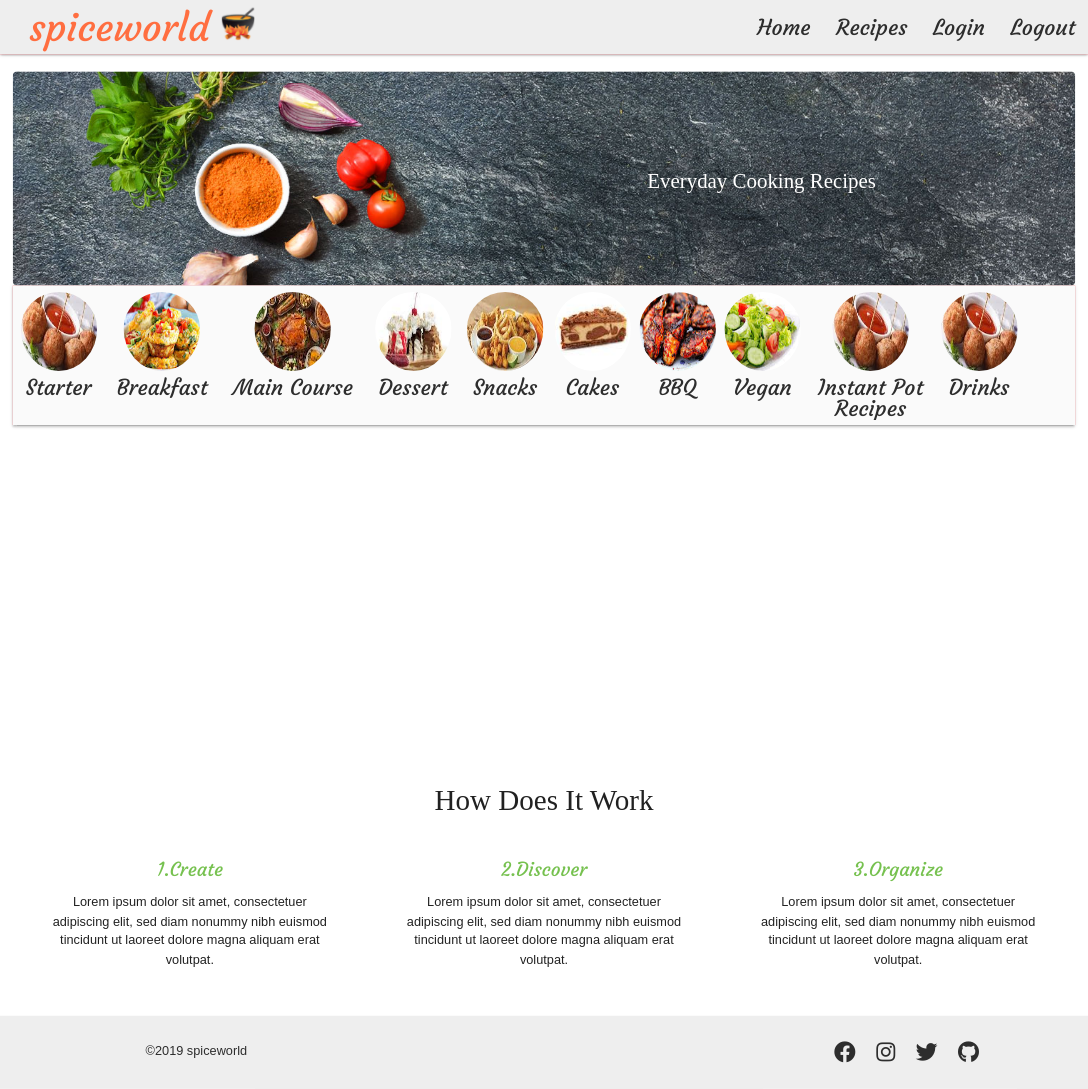
Repository: stephyraju/spiceworld
Page: http://localhost/
The author's editor kept a record of every edit. The page is drawn from the files as they stood at one moment, then again after the next edit.
The browser window is 1280 px wide. The pictures show the whole page, at 85% of full size.
Some web libraries are served in a nearby version. The page is served by the project's application, run on Flask 3 (app.py). Queries for data that is not in the repository find no rows.

Above is the page before.
Console error: TypeError: Cannot read properties of undefined (reading 'clientWidth')

### templates/index.html
{% extends 'base.html'%} {% block content %}
<!-- Title image -->
<section class="title-container section-container">
 <img src="{{ url_for('static', filename='images/titleimg.jpg') }}" alt="title image">
 <div class="intro-content">
  <h5>Everyday Cooking Recipes</h5>
 </div>
</section>

<!-- Subnav-Category -->
<section class="catergory-container section-container">
<nav>
    <div class="nav-wrapper grey lighten-5 subnav-filters">
      <ul class="menu-list center hide-on-med-and-down">
        <li>
        <img class="subnav-img" src="{{ url_for('static', filename='images/starter.jpeg') }}" alt="Starter">
        <a href="{{ url_for('get_starter') }}">Starter</a>
        </li>
        <li>
        <img class="subnav-img" src="{{ url_for('static', filename='images/bf.jpeg') }}" alt="Breakfast">
        <a href="{{ url_for('get_breakfast') }}">Breakfast</a>
        </li>
        <li>
        <img class="subnav-img" src="{{ url_for('static', filename='images/main.jpeg') }}" alt="Main Course">
        <a href="{{ url_for('get_main') }}">Main Course</a>
        </li>
        <li>
        <img class="subnav-img" src="{{ url_for('static', filename='images/dessert.jpeg') }}" alt="Dessert">
        <a href="{{ url_for('get_dessert') }}">Dessert</a>
        </li>
        <li>
        <img class="subnav-img" src="{{ url_for('static', filename='images/snacks.jpeg') }}" alt="Snacks">
        <a href="{{ url_for('get_snacks') }}">Snacks</a>
        </li>
        <li>
        <img class="subnav-img" src="{{ url_for('static', filename='images/cakes.jpeg') }}" alt="Cakes">
        <a href="{{ url_for('get_cakes') }}">Cakes</a>
        </li>
        <li>
        <img class="subnav-img" src="{{ url_for('static', filename='images/bbq.jpeg') }}" alt="BBQ">
        <a href="{{ url_for('get_bbq') }}">BBQ</a>
        </li>
        <li>
        <img class="subnav-img" src="{{ url_for('static', filename='images/vegan.jpeg') }}" alt="VeganRecipes">
        <a href="{{ url_for('get_vegan') }}">Vegan</a>
        </li>
        <li>
        <img class="subnav-img" src="{{ url_for('static', filename='images/starter.jpeg') }}" alt="Instant Pot Recipes">
        <a href="{{ url_for('get_instant') }}">Instant Pot<br> Recipes</a>
        </li>
        <li>
        <img class="subnav-img" src="{{ url_for('static', filename='images/starter.jpeg') }}" alt="Drinks">
        <a href="{{ url_for('get_drinks') }}">Drinks</a>
        </li>
      </ul>
    </div>
  </nav>



<!--

   <nav>
    <div class="nav-wrapper transparent subnav-filters">
      <ul class="center hide-on-med-and-down">
        <li>
        <img class="subnav-img" src="{{ url_for('static', filename='images/starter.jpeg') }}" alt="Starter">
        <a href="{{ url_for('get_starter') }}">Starter</a>
        </li>
        <li><a href="badges.html">Components</a></li>
        <li><a href="collapsible.html">JavaScript</a></li>
      </ul>
    </div>
  </nav>
  -->
</section>
<!-- Carosal-Display -->
<section  class="carosal-display">
        <div class="col s12">
            <div class="carousel">
                {% for recipe in recipes%}
                <div class="carousel-item">
                    <div class="row">
                        <div class="col s12">
                            <a href="{{url_for('view_recipe', recipe_id=recipe._id)}}">
                                {% if recipe.image_url %}
                                <img class="responsive-img"
                                    src="{{recipe.image_url}}">
                                {% else %}
                                <img class="img-carousel" src="{{url_for('static', filename='img/default.jpg')}}">
                                {% endif %}
                            </a>
                        </div>
                    </div>
                    <div class="row recipe-name">
                        <div class="col s12 center-align">
                            <h5 class="teal-text"> {{recipe.recipe_name}} </h5>
                        </div>
                    </div>

                </div>
                {% endfor %}
            </div>
        </div>

    </section>

<!-- Description -->
<section class="section-container div-description">
 <div class="row cells center">
  <div class="col s12">
   <h4> How Does It Work </h3>
  </div>
  <div class="col s12 m4 content">
   <h5>1.Create</h5>
   <p>Lorem ipsum dolor sit amet, consectetuer adipiscing elit, sed diam nonummy nibh euismod tincidunt ut laoreet dolore magna aliquam erat volutpat. </p>
  </div>
  <div class="col s12 m4 content">
   <h5>2.Discover</h5>
   <p>Lorem ipsum dolor sit amet, consectetuer adipiscing elit, sed diam nonummy nibh euismod tincidunt ut laoreet dolore magna aliquam erat volutpat. </p>
  </div>
  <div class="col s12 m4 content">
   <h5>3.Organize</h5>
   <p>Lorem ipsum dolor sit amet, consectetuer adipiscing elit, sed diam nonummy nibh euismod tincidunt ut laoreet dolore magna aliquam erat volutpat. </p>
  </div>
 </div>
</section>

{% endblock %}

### templates/base.html
<!DOCTYPE html>
<html lang="en">

<head>
  <meta charset="UTF-8">
  <meta name="viewport" content="width=device-width, initial-scale=1.0">
  <meta http-equiv="X-UA-Compatible" content="ie=edge">
  <title>spiceworld</title>

  <!--Import Google Icon Font-->
  <link href="https://fonts.googleapis.com/icon?family=Material+Icons" rel="stylesheet">
  <!--Font Awesome-->
  <link rel="stylesheet" href="https://use.fontawesome.com/releases/v5.8.2/css/all.css" integrity="sha384-oS3vJWv+0UjzBfQzYUhtDYW+Pj2yciDJxpsK1OYPAYjqT085Qq/1cq5FLXAZQ7Ay" crossorigin="anonymous">
  <!--Materialize CSS-->
  <link rel="stylesheet" href="https://cdnjs.cloudflare.com/ajax/libs/materialize/1.0.0/css/materialize.min.css">
  <!--CSS-->
  <link rel="stylesheet" href="{{ url_for('static', filename='css/style.css')}}" type="text/css" />

</head>

<body>

  <!--Header-->
  <header class="navbar-fixed">
    <nav>
      <div class="nav-wrapper grey lighten-3">
        <a href="#" class="brand-logo">spiceworld <img class="hide-on-med-and-down" src="{{ url_for('static', filename='images/logo.png') }}"></a>
        <a href="#" data-target="mobile-sidenav" class="sidenav-trigger"><i class="fas fa-bars"></i></a>
        <ul id="nav-mobile" class="right hide-on-med-and-down">
          <li><a href="{{ url_for('index') }}">Home</a></li>
          <li><a href="{{ url_for('get_recipes') }}">Recipes</a></li>
          {% if 'username' in session %}
          <li><a href="{{ url_for('add_recipe') }}">Add Recipes</a></li>
          {% endif %}
          <li><a href="{{url_for('login')}}">Login</a></li>
          <li><a href="{{url_for('logout')}}">Logout</a></li>
        </ul>
      </div>
    </nav>
  </header>
  <!--Sidenav-->
  <ul class="sidenav" id="mobile-sidenav">
    <img class="responsive-img" src="{{ url_for('static', filename='images/sidenav.png') }}" alt="spices-image">

    <li><a class="active" href="{{ url_for('index') }}">Home</a></li>
    <li><a href="{{ url_for('get_recipes') }}">Recipes</a></li>
          <li><a href="{{ url_for('add_recipe') }}">Add Recipes</a></li>
          <li><a href="{{url_for('login')}}">Login</a></li>
    <li><a class="waves-effect" href="#!">Third Link With Waves</a></li>
  </ul>

  <main>
    {% block content %}
    {% endblock %}
  </main>

  <footer class="page-footer grey lighten-3">

     <div class="row footer-content">
        <div class="col s5 m6">
          <div class="copyright">&copy;2019 spiceworld</div>
        </div>
        <div class="col s7 m3">
                    <a href="https://www.facebook.com/" target="_blank"><i class="fab fa-facebook social-icon"></i></a>
                    <a href="https://www.instagram.com/" target="_blank"><i class="fab fa-instagram social-icon"></i></a>
                    <a href="https://www.twitter.com/" target="_blank"><i class="fab fa-twitter social-icon"></i></a>
                    <a href="https://github.com/stephyraju" target="_blank"><i class="fab fa-github social-icon"></i></a>
        </div>

      </div>

  </footer>

  <script src="https://code.jquery.com/jquery-3.4.0.slim.js" integrity="sha256-milezx5lakrZu0OP9b2QWFy1ft/UEUK6NH1Jqz8hUhQ=" crossorigin="anonymous"></script>
  <script src="https://cdnjs.cloudflare.com/ajax/libs/materialize/1.0.0/js/materialize.min.js"></script>
  <script src="{{ url_for('static', filename='js/main.js') }}"></script>
</body>

</html>

### app.py
import os
from flask import Flask, render_template, redirect, request, url_for, session, flash
from flask_pymongo import PyMongo
from bson.objectid import ObjectId
import bcrypt
import logging


# declaring app name
app = Flask(__name__)

app.config['SECRET_KEY'] = os.getenv('SECRET')
app.config["MONGO_DBNAME"] = 'cook_book'
app.config["MONGO_URI"] = os.getenv('MONGO_URI', 'mongodb://localhost')

# Logging Config
logging.basicConfig(level=logging.INFO)


mongo = PyMongo(app)

@app.route('/')
@app.route('/index')
def index():

    return render_template("index.html", recipes=mongo.db.recipes.find())

#@app.route('/get_recipes',methods=['POST','GET'])
#def get_recipes():
 #   return render_template("recipes.html", recipes=mongo.db.recipes.find())


# -------CREATE---------#

@app.route('/add_recipe')
def add_recipe():
     return render_template("addrecipe.html",
               recipes=mongo.db.recipes.find(),
               categories = mongo.db.categories.find(),
               cuisines=mongo.db.cuisines.find(),
               difficulty=mongo.db.difficulty.find(),
               allergens=mongo.db.allergens.find())


@app.route('/insert_recipe', methods=['POST'])
def insert_recipe():
    print(request.form)
    print(request.form.getlist('ingredients[]'))
    print(request.form.getlist('preparation[]'))
    print(request.form.to_dict())
    recipes = mongo.db.recipes
    data = request.form.to_dict()
    data.update({'ingredients':request.form.getlist('ingredients[]')})
    data.update({'preparation':request.form.getlist('preparation[]')})
    del data['ingredients[]']
    del data['preparation[]']
    recipes.insert_one(data)
    return redirect(url_for('get_recipes'))

#-------READ--------#

@app.route("/get_recipes", methods=['GET'])
def get_recipes():
    return render_template('recipes.html',
                         recipes=mongo.db.recipes.find(),
                         categories = mongo.db.categories.find())

@app.route('/view_recipe/recipe_id?=<recipe_id>')
def view_recipe(recipe_id):
    recipe = mongo.db.recipes.find_one({"_id": ObjectId(recipe_id)})
    return render_template('view.html',
                        title='View Recipe',
                        recipe=recipe,
                        username=session['username'])
#-----------Search-----------#
@app.route('/search', methods=['POST'])
def search():
    print(request.form)
    print(request.form.to_dict())
    word_find = request.form["word_find"]
    mongo.db.recipes.create_index([("$**", 'text')])
    recipes = mongo.db.recipes.find({"$text":{"$search": word_find}})
    return render_template('recipes.html',
                            title="View recipes",
                            recipes=recipes,
                            username=session['username'],
                            categories = mongo.db.categories.find(),
                            cuisines=mongo.db.cuisines.find(),
                            difficulty=mongo.db.difficulty.find(),
                            allergens=mongo.db.allergens.find())


@app.route('/get_starter', methods=['GET'])
def get_starter():
    return render_template('recipes.html', title='Starters', recipes=mongo.db.recipes.find({'category_name': 'Starter'}))

@app.route('/get_breakfast', methods=['GET'])
def get_breakfast():
    return render_template('recipes.html', title='Desserts', recipes=mongo.db.recipes.find({'category_name': 'Breakfast'}))

@app.route('/get_main', methods=['GET'])
def get_main():
    return render_template('recipes.html', title='Main course', recipes=mongo.db.recipes.find({'category_name': 'Main Course'}))

@app.route('/get_dessert', methods=['GET'])
def get_dessert():
    return render_template('recipes.html', title='Desserts', recipes=mongo.db.recipes.find({'category_name': 'Dessert'}))

@app.route('/get_snacks', methods=['GET'])
def get_snacks():
    return render_template('recipes.html', title='Snacks', recipes=mongo.db.recipes.find({'category_name': 'Snacks'}))

@app.route('/get_cakes', methods=['GET'])
def get_cakes():
    return render_template('recipes.html', title='Cakes', recipes=mongo.db.recipes.find({'category_name': 'Cakes'}))

@app.route('/get_bbq', methods=['GET'])
def get_bbq():
    return render_template('recipes.html', title='BBQ', recipes=mongo.db.recipes.find({'category_name': 'BBQ'}))

@app.route('/get_vegan', methods=['GET'])
def get_vegan():
    return render_template('recipes.html', title='Vegan', recipes=mongo.db.recipes.find({'category_name': 'Vegan'}))

@app.route('/get_instant', methods=['GET'])
def get_instant():
    return render_template('recipes.html', title='Instant Pot', recipes=mongo.db.recipes.find({'category_name': 'Instant Pot'}))

@app.route('/get_drinks', methods=['GET'])
def get_drinks():
    return render_template('recipes.html', title='Drinks', recipes=mongo.db.recipes.find({'category_name': 'Drinks'}))

#-----------UPDATE-----------#

@app.route('/edit_recipe/<recipe_id>',methods=['GET'])
def edit_recipe(recipe_id):
    recipe = mongo.db.recipes.find_one({"_id":ObjectId(recipe_id)})
    return render_template('editrecipe.html',
                            recipe=recipe,
                            categories=mongo.db.categories.find(),
                            cuisine=mongo.db.cuisine.find(),
                            difficulty=mongo.db.difficulty.find(),
                            allergens=mongo.db.allergens.find())

@app.route('/update_recipe/<recipe_id>', methods=["POST"])
def update_recipe(recipe_id):
    print(mongo.db.recipes.find_one({"_id": ObjectId(recipe_id)}))
    print(request.form)
    print(request.form.to_dict())
    recipes = mongo.db.recipes
    recipes.update({"_id":ObjectId(recipe_id)},
        {
        'recipe_name':request.form.get('recipe_name'),
        'author':request.form.get('author'),
        'category_name':request.form.get('category_name'),
        'description': request.form.get('description'),
        'serves':request.form.get('serves'),
        'cooking_time':request.form.get('cooking_time'),
        'cuisine':request.form.get('cuisine'),
        'difficulty':request.form.get('difficulty'),
        'allergens':request.form.get('allergens'),
        'image_url' :request.form.get('image_url'),
        'ingredients':request.form.getlist('ingredients[]'),
        'preparation':request.form.getlist('preparation[]')
        })
    return redirect(url_for('view_recipe',recipe_id=recipe_id))

#-----------DELETE-----------#
@app.route('/delete_recipe/<recipe_id>')
def delete_recipe(recipe_id):
    mongo.db.recipes.remove({"_id":ObjectId(recipe_id)})
    return redirect(url_for('get_recipes'))

#-----------Register-----------#
#https://www.youtube.com/watch?v=vVx1737auSE

@app.route('/register', methods=['GET','POST'])
def register():
    logging.info('Inside Registering.....')
    if request.method == 'POST':
        logging.info('User name: ' + str(request.form['username'].lower()))
        session['username'] = request.form['username'].lower()
        logging.info('Mongo User: ' + str(mongo.db.users))
        users = mongo.db.users
        user_exists = users.find_one({'author':request.form['username'].lower()})
        logging.info('User exists: ' + str(user_exists))

        if user_exists is None:
            logging.info('User Does not exist. Creating new user')
            hashpass = bcrypt.hashpw(request.form['password'].encode('utf-8'), bcrypt.gensalt())
            users.insert({'author':request.form['username'].lower(), 'password':hashpass})
            session['username'] = request.form['username'].lower()
            return redirect(url_for('get_recipes'))

        flash('Username already exists, please choose a different one.')
        logging.info('User already exist. Skipping new user')
        session.pop('username', None)
        return render_template('register.html', title="Register")

    return render_template('register.html', title="Register")

#-----------Login-----------#

@app.route('/login',methods=['GET','POST'])
def login():
    if request.method == 'POST':
        session["username"] = request.form["username"].lower()
        users = mongo.db.users
        user_login = users.find_one({'author':request.form['username'].lower()})

        if user_login:
            if bcrypt.hashpw(request.form['password'].encode('utf-8'), user_login['password']) == user_login['password']:
                # session["username"] = request.form["username"].lower()
                return redirect(url_for('get_recipes'))

        flash('The login details are not correct')
        session.pop('username', None)
        return render_template('login.html',  title="Login")

    return render_template('login.html',  title="Login")

#-----------Logout-----------#
@app.route('/logout')
def logout():
   # remove the username from the session if it is there
   session.pop('username', None)
   return redirect(url_for('index'))

if __name__ == '__main__':
    app.run(host=os.environ.get('IP'),
            port=int(os.environ.get('PORT')),
            debug=True)

### static/css/style.css
@import url('https://fonts.googleapis.com/css?family=Courgette&display=swap');

body {
  font-family: 'ProximaNova Regular', sans-serif;
  display: flex;
  flex-direction: column;
  min-height: 100vh;
  overflow-x: hidden;
}
.section-container {
  max-width: 100%;
  margin-left: auto;
  margin-right: auto;
  padding-left: 15px;
  padding-right: 15px;
  border-radius: 5px;
}

/* -------- Nav Bar ----------*/

nav {
     font-family: 'Courgette','sans-serif';
}

nav .brand-logo {
    color: #ff6e40;
    font-size: 3rem;
    font-family: 'Courgette', 'cursive','sans-serif';
    -webkit-transition: 0.2s;
    -o-transition: 0.2s;
    transition: 0.2s;
}

@media screen and (min-width: 993px){
nav .brand-logo {
    margin-left: 2.3rem;
}
}
nav ul a {
  color:#2d2d2d;
  font-size: 1.7rem;
  font-family: 'Courgette','sans-serif';
}
nav ul a:hover,
nav ul .active {
  color:#76c14f;
}
.fa-bars{
  color: #ff6e40;
}
h4,h5{
  font-family: 'Muli','sans-serif';
}
/*--------Title----------*/

.title-container{
  position: relative;
  text-align: center;
  color: white;
  width:100%;
  margin-top: 20px;
}
.title-container img{
    display: block;
    width: 100%;
    height: 35vh;
    object-fit: cover;
    border-radius: 5px;
}

.intro-content{
  position: absolute;
  top: 50%;
  left: 70%;
  transform: translate(-50%, -50%);
}
/*--------Subnav-Category---------*/

.category-container{
  font-size: 1.2rem;
  margin-top: 20px;
  height:150px;
}
.subnav-img {
  border-radius: 50%;
  width:100px;
  height:100px;
  padding-top: 7px;
  padding-left: 5px;
  padding-right: 5px;
}
.category-container .menu-list {
  display: flex;
  justify-content: space-between;
}
.category-container nav ul a {
  color:#2d2d2d;
  font-size: 1.1rem;
  font-family: 'Muli','sans-serif';
}
.menu-list{
  overflow-y:scroll;
}
@media only screen and (min-width: 601px){
.catergory-container  nav, nav .nav-wrapper i, nav a.sidenav-trigger, nav a.sidenav-trigger i {
    height: 164px;
    line-height: 25px;
}
}
@media only screen and (min-width:320px){
.category-container  nav, nav .nav-wrapper i, nav a.sidenav-trigger, nav a.sidenav-trigger i {
    height: 175px;
    line-height: 25px;
}
}
/*--------Description---------*/
.cells h4 {
  font-family: 'Muli','sans-serif';
}
.cells h5{
  color: #76c14f;
  font-size: 1.5rem;
  font-family: 'Courgette',sans-serif;
}
 p {
  padding-left: 30px;
  padding-right: 30px;
}
.content{
  margin-top: 20px;
  margin-bottom: 20px;
}
/*-----carousel slider----- */
.carousel-display h4 {
  padding-top: 20px;
}
.carousel .carousel-item {
  width: 300px;
  height: 300px;
}

.img-carousel {
  width: 200px;
  box-shadow: 2px 2px 12px #3f1e09;
}

.carousel .recipe-name {
  visibility: hidden;
}
.carousel .active .recipe-name {
  visibility: visible;
}

/*--------Recipes---------*/

.recipe-card .card .card-image img {
  display: block;
  position: relative;
  width: 100%;
  height: 200px;
  }
.recipe-card .card-content {
  height: 140px;
  }

/*--------View Recipe---------*/
.icon-color{
  color:rgb(109, 174, 177);
}
 .recipe-view .card {
   background-color: #fcf4ec;
 }
 .preparation ol li {
   padding: 0px 15px 15px 15px;
 }
 .ingredients ul li {
    padding: 0px 15px 15px 15px;
    list-style-type: square;
 }


/*--------Footer---------*/

.page-footer i{
  color:#2d2d2d;
}
.page-footer i:hover{
   color:#ff6e40;
}
.page-footer {
    min-height: 45px;
}
.footer-content{
  display:flex;
  color:#2d2d2d;
}
.copyright{
  padding-top: 10px;
}
.social-icon {
  margin: 10px;
  color: white;
  font-size: 1.7rem;
}

### static/js/main.js
$(document).ready(function(){
    $('.sidenav').sidenav();
    $('select').formSelect();
    $('.carousel').carousel();
    $('.modal').modal();

  });

 var ingredientField = $(".ingredient").length;
    $("#add_ingredient").on("click", function () {
        $("select").formSelect("destroy");
        $(".new-ingredient:first").clone().insertBefore("#add_ingredient").find("input[type='text'], select, textarea").val("");
        $("select").formSelect();
        ingredientField += 1;
    });

    $("#remove_ingredient").on("click", function () {
        if (ingredientField > 1) {
            /* only remove the :last item */
            $(this).siblings(".new-ingredient:last").remove();
            /* ensure original ingredient line never gets deleted */
            ingredientField-= 1;
        }
    });


var preparationField = $(".preparation").length;
    /* add new cloned item */
    $("#add_step").on("click", function () {
        $(".new-step:first").clone().insertBefore("#add_step").find("input[type='text'], select, textarea").val("");
        /* increase counter so original direction is never removed */
       preparationField += 1;
    });
    /* delete last cloned item */
    $("#remove_step").on("click", function () {
        if ( preparationField > 1) {
            /* only remove the :last item */
            $(this).siblings(".new-step:last").remove();
            /* ensure original direction line never gets deleted */
            preparationField-= 1;
        }
    });

After the next edit:
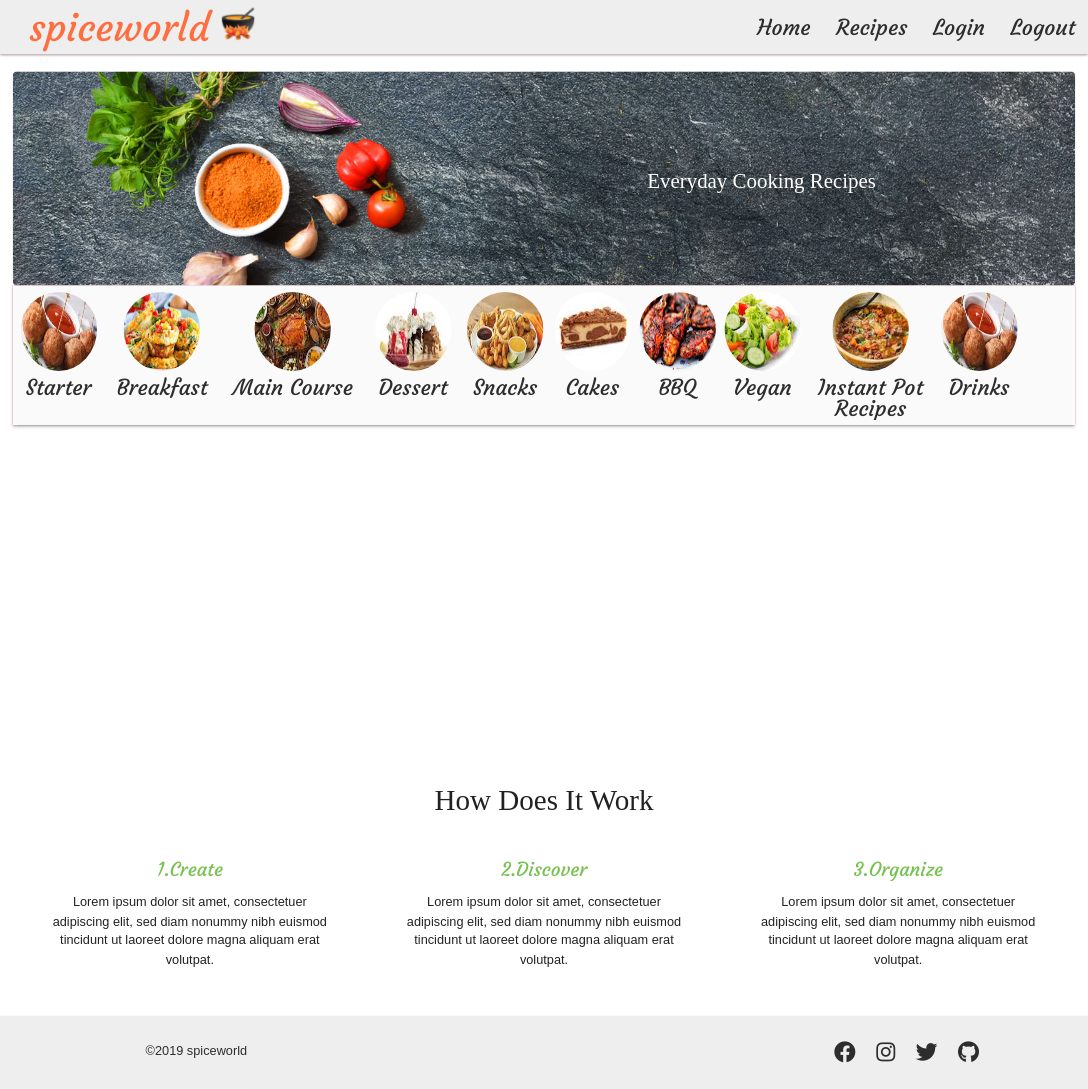
The edit:
--- a/templates/index.html
+++ b/templates/index.html
@@ -45,7 +45,7 @@
         <a href="{{ url_for('get_vegan') }}">Vegan</a>
         </li>
         <li>
-        <img class="subnav-img" src="{{ url_for('static', filename='images/starter.jpeg') }}" alt="Instant Pot Recipes">
+        <img class="subnav-img" src="{{ url_for('static', filename='images/instant.jpeg') }}" alt="Instant Pot Recipes">
         <a href="{{ url_for('get_instant') }}">Instant Pot<br> Recipes</a>
         </li>
         <li>
